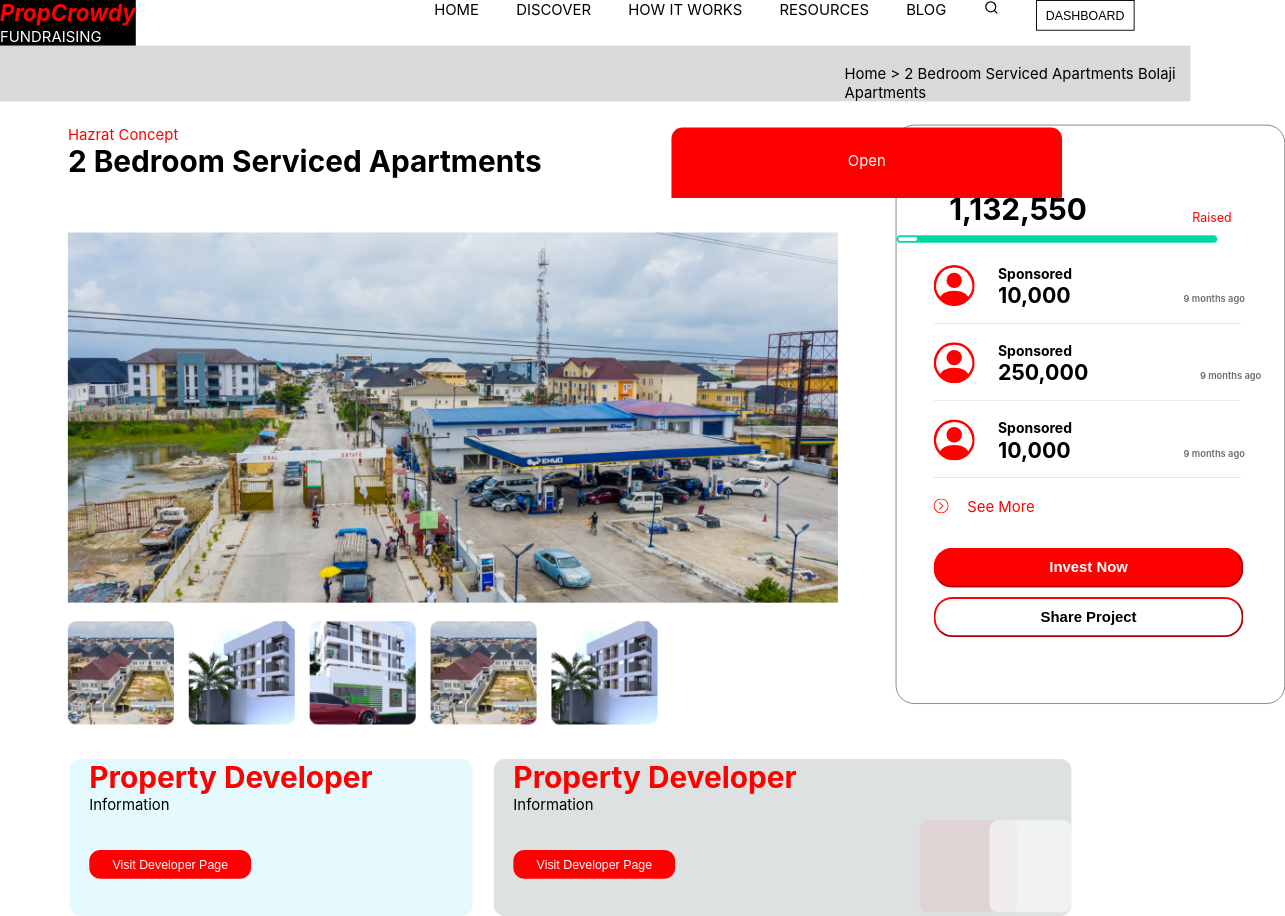
Repository: uh-sman/Popcrowdy
Page: /
An editor plug-in stored every save of this project. The page is shown before and after the next save, followed by the edit.
The browser window is 1280 px wide. The page is 1382 px wide, so the pictures cover 1382 px, including what lies to the right of the window. The pictures show the whole page, at 93% of full size.
The project was rebuilt for these pictures with package versions that can differ from the ones it lists, and the page was loaded fresh each time.

Above is the page before, as saved 2022-11-13 20:09:03.

After the next save:
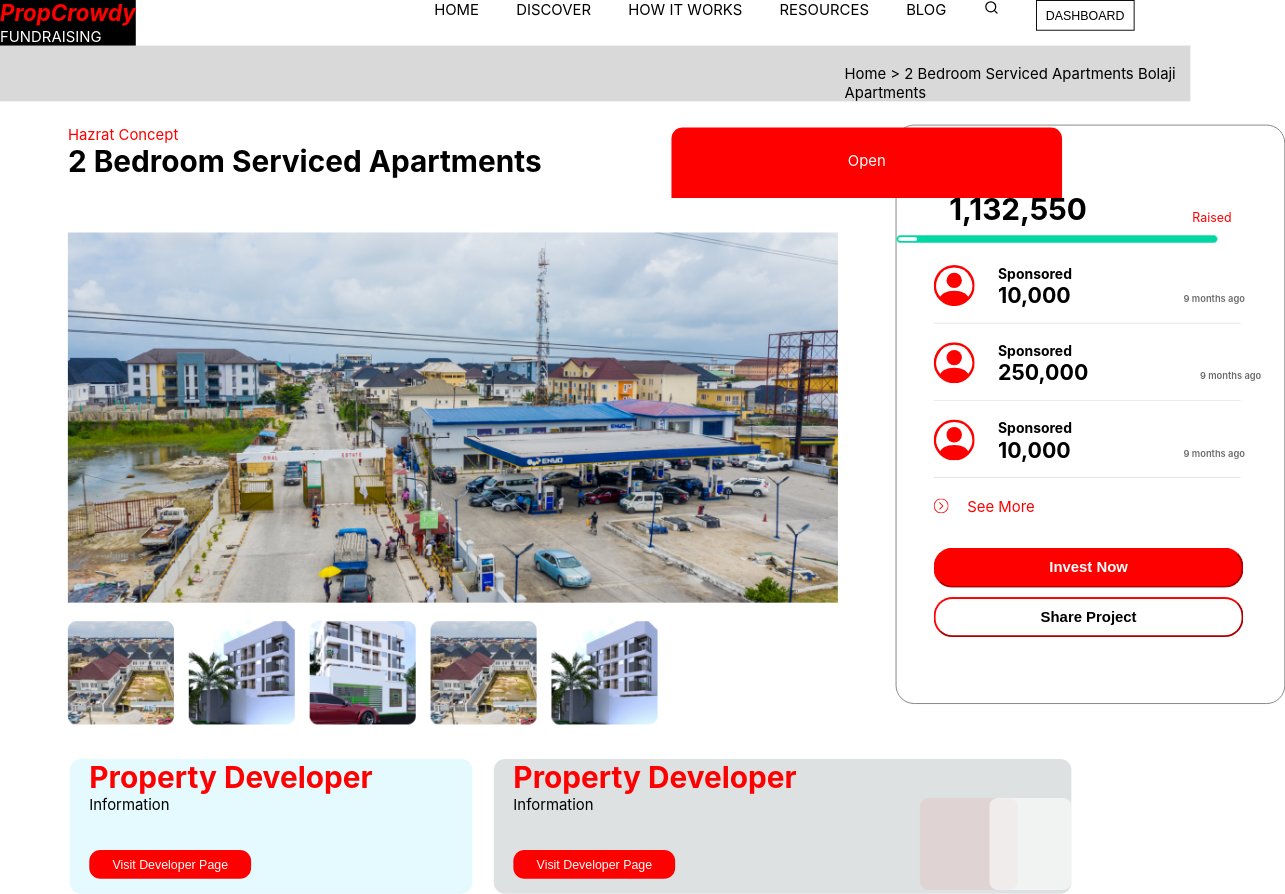
Saved 19 s later.
--- a/src/components/Section/subcard.css
+++ b/src/components/Section/subcard.css
@@ -9,7 +9,7 @@
   margin-left: 21px;
 }
 .box {
-  margin-top: 24px;
+  /* margin-top: 24px; */
   margin-left: 25px;
 }
 .box2 {

After the save that followed:
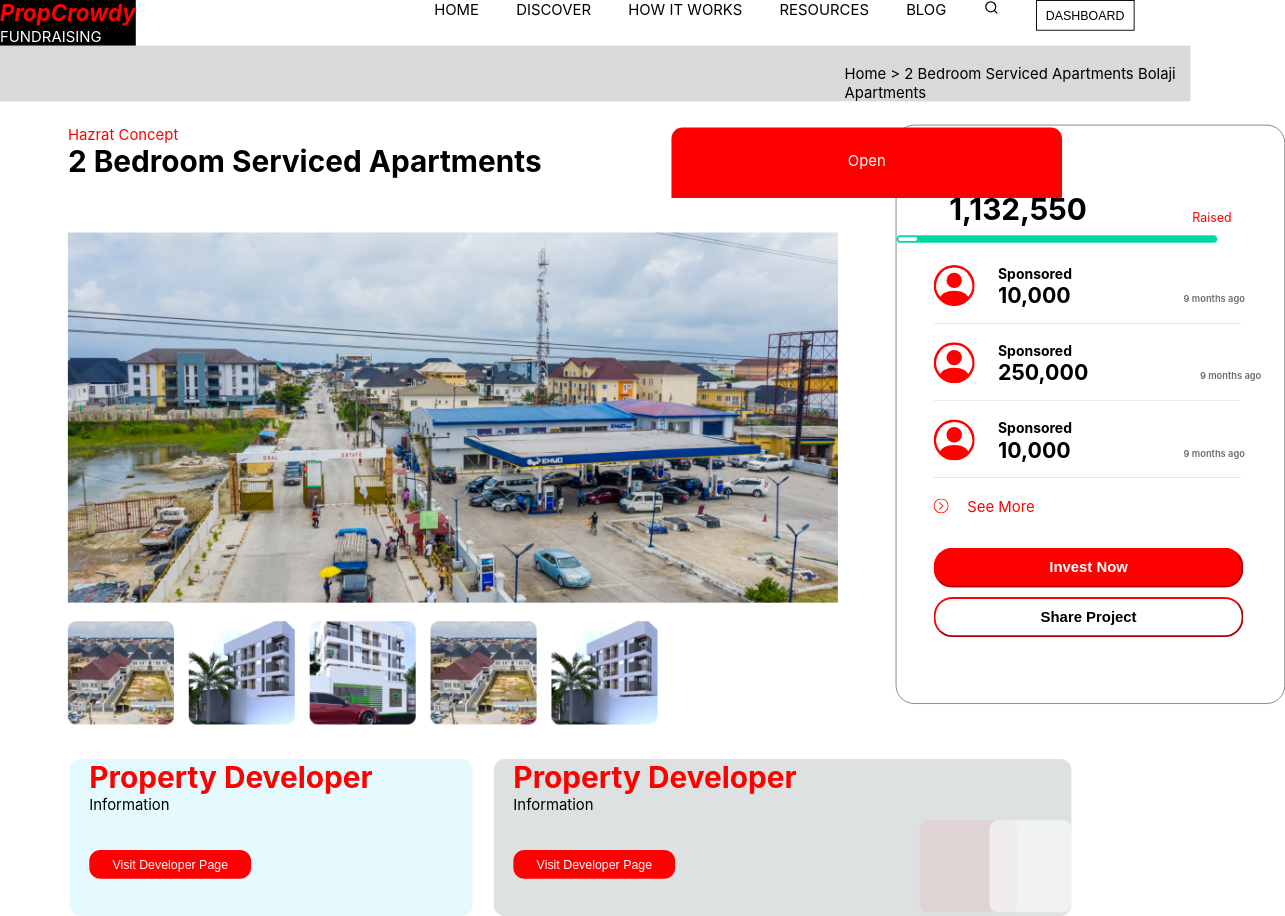
Saved 6 s later.
--- a/src/components/Section/subcard.css
+++ b/src/components/Section/subcard.css
@@ -9,7 +9,7 @@
   margin-left: 21px;
 }
 .box {
-  /* margin-top: 24px; */
+  margin-top: 24px;
   margin-left: 25px;
 }
 .box2 {
